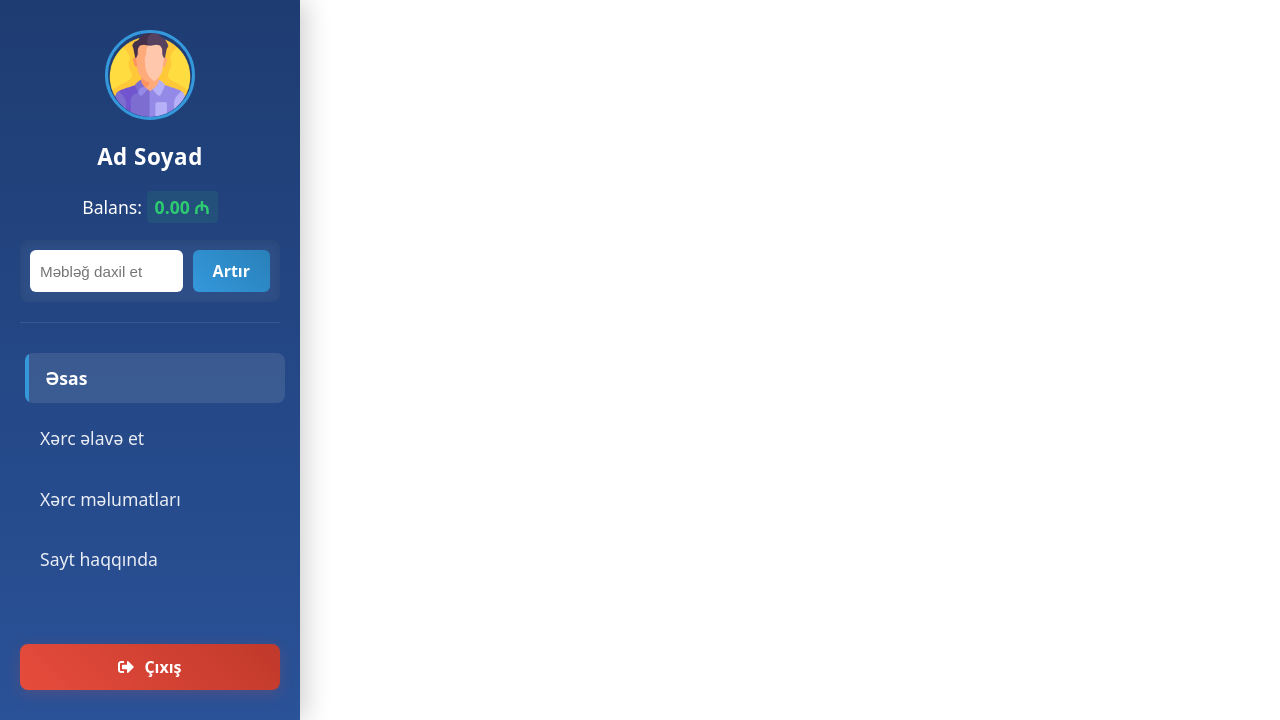
Repository: ferhadsultan98/financialmanagement
Page: /
The author's editor kept a copy of each file at every save. The page is drawn from the files as they stood at one save, then again after a run of saves.
The browser window is 1280 px wide. The pictures show the whole page.
The project was rebuilt for these pictures with package versions that can differ from the ones it lists, and the page was loaded fresh each time. Also part of the build but not shown: vite.config.js, src/Components/Sidebar/ProfileModal.jsx, src/Pages/AddExpense/AddExpense.jsx, src/Pages/ExpenseDetails/ExpenseDetails.jsx, src/Pages/About/About.jsx, src/Components/Login/Login.jsx.

Above is the page before, as saved 2025-03-24 01:44:16.

### index.html
<!doctype html>
<html lang="en">
  <head>
    <meta charset="UTF-8" />
<link rel="shortcut icon" href="favicon.ico" type="image/x-icon">
    <meta name="viewport" content="width=device-width, initial-scale=1.0" />
    <title>Expense</title>
  </head>
  <body>
    <div id="root"></div>
    <script type="module" src="/src/main.jsx"></script>
  </body>
</html>

### src/App.jsx
// src/App.jsx
import React from 'react';
import './App.scss';
import MainLayout from './Components/Layout/MainLayout';
import { RouterProvider } from 'react-router-dom';
import router from './Routes';


function App() {
  return (
    <div className="App">
      <RouterProvider router={router} />
    </div>
  );
}

export default App;

### src/Components/Layout/MainLayout.jsx
// src/components/Layout/MainLayout.jsx
import React from 'react';
import Sidebar from '../Sidebar/Sidebar';
import { Outlet } from 'react-router-dom';

const MainLayout = () => {
  return (
    <div className="layout">
      <Sidebar />
      <main className="main-content">
        <Outlet />
      </main>
    </div>
  );
};

export default MainLayout;

### src/Routes.jsx
// src/routes.jsx
import { createBrowserRouter } from "react-router-dom";
import MainLayout from "./Components/Layout/MainLayout";
import Home from "./Pages/Home/Home";
import AddExpense from "./Pages/AddExpense/AddExpense";
import ExpenseDetails from "./Pages/ExpenseDetails/ExpenseDetails";
import About from "./Pages/About/About";
import Login from "./Components/Login/Login";

const router = createBrowserRouter([
  {
    path: "/login",
    element: <Login />,
  },
  {
    element: <MainLayout />,
    children: [
      {
        path: "/",
        element: <Home />,
      },
      {
        path: "/add-expense",
        element: <AddExpense />,
      },
      {
        path: "/expense-details",
        element: <ExpenseDetails />,
      },
      {
        path: "/about",
        element: <About />,
      },
    ],
  },
]);

export default router;

### src/Components/Sidebar/Sidebar.jsx
// src/components/Sidebar/Sidebar.jsx
import React, { useState } from 'react';
import '../../Styles/Sidebar.scss';
import Navbar from './Navbar';
import ProfileModal from './ProfileModal';
import { FaBars, FaSignOutAlt } from 'react-icons/fa';
import { useNavigate } from 'react-router-dom';
import UserProfileIcon from '../../assets/user.png';

const Sidebar = () => {
  const [isOpen, setIsOpen] = useState(false);
  const [balance, setBalance] = useState(0);
  const [topUpAmount, setTopUpAmount] = useState('');
  const [isModalOpen, setIsModalOpen] = useState(false);
  const [userProfile, setUserProfile] = useState({
    firstName: 'Ad',
    lastName: 'Soyad',
    birthDate: '1990-01-01',
    gender: 'Kişi',
  });
  const navigate = useNavigate();

  const toggleSidebar = () => {
    setIsOpen(!isOpen);
  };

  const handleTopUp = () => {
    if (topUpAmount) {
      setBalance(prev => prev + parseFloat(topUpAmount));
      setTopUpAmount('');
    }
  };

  const handleLogout = () => {
    navigate('/login');
  };

  const handleProfileUpdate = (updatedProfile) => {
    setUserProfile(updatedProfile);
    setIsModalOpen(false);
  };

  return (
    <div className="sidebar-container">
      <button className="toggle-btn" onClick={toggleSidebar}>
        <FaBars />
      </button>

      <div className={`sidebar ${isOpen ? 'open' : ''}`}>
        <div className="sidebar-header">
          <div
            className="profile-img"
            onClick={() => setIsModalOpen(true)}
          >
            <img src={UserProfileIcon} alt="Profile" />
            <div className="profile-overlay">
              <span>Profilə bax</span>
            </div>
          </div>
          <h3>{`${userProfile.firstName} ${userProfile.lastName}`}</h3> {/* Dynamic name */}
          <div className="balance">
            Balans: <span>{balance.toFixed(2)} ₼</span>
          </div>

          <div className="top-up">
            <input
              type="number"
              placeholder="Məbləğ daxil et"
              value={topUpAmount}
              onChange={(e) => setTopUpAmount(e.target.value)}
            />
            <button onClick={handleTopUp}>
              Artır
            </button>
          </div>
        </div>

        <Navbar />

        <div className="sidebar-footer">
          <button
            className="logout-btn"
            onClick={handleLogout}
          >
            <FaSignOutAlt /> Çıxış
          </button>
        </div>
      </div>

      {isModalOpen && (
        <ProfileModal
          userProfile={userProfile}
          onSave={handleProfileUpdate}
          closeModal={() => setIsModalOpen(false)}
        />
      )}
    </div>
  );
};

export default Sidebar;

### src/Styles/Sidebar.scss
// src/components/Sidebar/Sidebar.scss
.sidebar-container {
    position: relative;


    .toggle-btn {
      position: fixed;
      top: 20px;
      left: 20px;
      z-index: 1001;
      background: linear-gradient(45deg, #1e3c72, #2a5298);
      color: white;
      border: none;
      padding: 12px;
      cursor: pointer;
      border-radius: 8px;
      box-shadow: 0 4px 15px rgba(0, 0, 0, 0.2);
      transition: all 0.3s ease;

      &:hover {
        transform: scale(1.1);
        box-shadow: 0 6px 20px rgba(0, 0, 0, 0.3);
      }

      @media (min-width: 769px) {
        display: none;
      }
    }

    .sidebar {
      width: 300px;
      height: 100vh;
      background: linear-gradient(180deg, #1e3c72 0%, #2a5298 100%);
      color: white;
      position: fixed;
      left: 0;
      top: 0;
      padding: 30px 20px;
      display: flex;
      flex-direction: column;
      box-shadow: 5px 0 25px rgba(0, 0, 0, 0.2);
      overflow: hidden;

      .sidebar-header {
        text-align: center;
        padding-bottom: 20px;
        border-bottom: 1px solid rgba(255, 255, 255, 0.1);

        .profile-img {
          width: 90px;
          height: 90px;
          margin: 0 auto 20px;
          position: relative;
          cursor: pointer;

          img {
            width: 100%;
            height: 100%;
            border-radius: 50%;
            object-fit: cover;
            border: 3px solid #3498db;
            transition: all 0.3s ease;
          }

          .profile-overlay {
            position: absolute;
            top: 0;
            left: 0;
            width: 100%;
            height: 100%;
            background: rgba(0, 0, 0, 0.6);
            border-radius: 50%;
            display: flex;
            align-items: center;
            justify-content: center;
            opacity: 0;
            transition: opacity 0.3s ease;

            span {
              font-size: 0.9rem;
              color: white;
            }
          }

          &:hover .profile-overlay {
            opacity: 1;
          }
        }

        h3 {
          margin: 15px 0;
          font-size: 1.4rem;
          font-weight: 600;
          letter-spacing: 0.5px;
        }

        .balance {
          margin: 20px 0;
          font-size: 1.1rem;

          span {
            font-weight: bold;
            color: #2ecc71;
            background: rgba(46, 204, 113, 0.1);
            padding: 4px 8px;
            border-radius: 4px;
          }
        }

        .top-up {
          display: flex;
          gap: 10px;
          background: rgba(255, 255, 255, 0.05);
          padding: 10px;
          border-radius: 8px;
          box-shadow: inset 0 2px 10px rgba(0, 0, 0, 0.1);

          input {
            padding: 10px;
            border-radius: 6px;
            border: none;
            width: 65%;
            background: #fff;
            color: #2c3e50;
            font-size: 0.95rem;
            transition: all 0.3s ease;

            &:focus {
              outline: none;
              box-shadow: 0 0 5px rgba(52, 152, 219, 0.5);
            }
          }

          button {
            padding: 10px 20px;
            background: linear-gradient(45deg, #3498db, #2980b9);
            border: none;
            border-radius: 6px;
            color: white;
            cursor: pointer;
            font-weight: 600;
            transition: all 0.3s ease;

            &:hover {
              background: linear-gradient(45deg, #2980b9, #3498db);
              box-shadow: 0 4px 15px rgba(52, 152, 219, 0.4);
            }
          }
        }
      }

      .sidebar-nav {
        flex-grow: 1;
        margin: 20px 0;

        ul {
          list-style: none;
          padding: 0;

          li {
            margin: 10px 0;

            a {
              color: rgba(255, 255, 255, 0.9);
              text-decoration: none;
              font-size: 1.1rem;
              display: block;
              padding: 12px 20px;
              border-radius: 8px;
              transition: all 0.3s ease;
              position: relative;
              overflow: hidden;

              &::before {
                content: '';
                position: absolute;
                left: 0;
                top: 0;
                width: 4px;
                height: 100%;
                background: #3498db;
                transform: translateX(-100%);
                transition: all 0.3s ease;
              }

              &:hover,
              &.active {
                background: rgba(255, 255, 255, 0.1);
                color: white;
                transform: translateX(5px);

                &::before {
                  transform: translateX(0);
                }
              }

              &.active {
                font-weight: 600;
              }
            }
          }
        }
      }

      .sidebar-footer {
        margin-top: auto;

        .logout-btn {
          width: 100%;
          padding: 12px;
          background: linear-gradient(45deg, #e74c3c, #c0392b);
          border: none;
          border-radius: 8px;
          color: white;
          cursor: pointer;
          font-weight: 600;
          display: flex;
          align-items: center;
          justify-content: center;
          gap: 10px;
          box-shadow: 0 4px 15px rgba(231, 76, 60, 0.2);
          transition: all 0.3s ease;

          &:hover {
            background: linear-gradient(45deg, #c0392b, #e74c3c);
            box-shadow: 0 6px 20px rgba(231, 76, 60, 0.4);
            transform: translateY(-2px);
          }
        }
      }
    }

    @media (max-width: 768px) {
      .sidebar {
        z-index: 1000;
      }
    }

    @media (min-width: 769px) {
      .sidebar {
        transform: translateX(0) !important; // Always visible on desktop
      }
    }
  }


.modal-overlay {
  position: fixed;
  top: 0;
  left: 0;
  width: 100%;
  height: 100%;
  background: rgba(0, 0, 0, 0.6);
  display: flex;
  align-items: center;
  justify-content: center;
  z-index: 2000;
}

.profile-modal {
  background: white;
  border-radius: 15px;
  padding: 30px;
  width: 100%;
  max-width: 400px;
  box-shadow: 0 10px 30px rgba(0, 0, 0, 0.2);
  text-align: center;

  h2 {
    color: #2c3e50;
    font-size: 1.8rem;
    margin-bottom: 20px;
    font-weight: 600;
  }

  .modal-content {
    .form-group {
      margin-bottom: 20px;
      text-align: left;

      label {
        display: block;
        margin-bottom: 5px;
        color: #2c3e50;
        font-weight: 500;
      }

      input,
      select {
        width: 100%;
        padding: 10px;
        border: 1px solid #ddd;
        border-radius: 6px;
        font-size: 1rem;
        color: #2c3e50;
        transition: all 0.3s ease;

        &:focus {
          outline: none;
          border-color: #3498db;
          box-shadow: 0 0 5px rgba(52, 152, 219, 0.3);
        }
      }
    }
  }

  .modal-actions {
    display: flex;
    gap: 10px;
    justify-content: center;
    margin-top: 20px;

    .save-btn {
      padding: 10px 20px;
      background: linear-gradient(45deg, #2ecc71, #27ae60);
      border: none;
      border-radius: 6px;
      color: white;
      font-weight: 600;
      cursor: pointer;
      box-shadow: 0 4px 15px rgba(46, 204, 113, 0.2);
      transition: all 0.3s ease;

      &:hover {
        background: linear-gradient(45deg, #27ae60, #2ecc71);
        box-shadow: 0 6px 20px rgba(46, 204, 113, 0.4);
      }
    }

    .close-btn {
      padding: 10px 20px;
      background: linear-gradient(45deg, #e74c3c, #c0392b);
      border: none;
      border-radius: 6px;
      color: white;
      font-weight: 600;
      cursor: pointer;
      box-shadow: 0 4px 15px rgba(231, 76, 60, 0.2);
      transition: all 0.3s ease;

      &:hover {
        background: linear-gradient(45deg, #c0392b, #e74c3c);
        box-shadow: 0 6px 20px rgba(231, 76, 60, 0.4);
      }
    }
  }

  @media (max-width: 480px) {
    padding: 20px;
    max-width: 90%;

    h2 {
      font-size: 1.5rem;
    }

    .form-group {
      input,
      select {
        font-size: 0.9rem;
      }
    }

    .modal-actions {
      flex-direction: column;
      gap: 10px;

      button {
        width: 100%;
      }
    }
  }
}

### src/Components/Sidebar/Navbar.jsx
// src/components/Sidebar/Navbar.jsx
import React from 'react';
import { NavLink } from 'react-router-dom';

const Navbar = () => {
  const navItems = [
    { path: '/', label: 'Əsas' },
    { path: '/add-expense', label: 'Xərc əlavə et' },
    { path: '/expense-details', label: 'Xərc məlumatları' },
    { path: '/about', label: 'Sayt haqqında' },
  ];

  return (
    <nav className="sidebar-nav">
      <ul>
        {navItems.map((item) => (
          <li key={item.path}>
            <NavLink to={item.path} end={item.path === '/'}>
              {item.label}
            </NavLink>
          </li>
        ))}
      </ul>
    </nav>
  );
};

export default Navbar;

### src/Styles/Login.scss
@import '../assets/Fonts/fonts.scss';

.login-container {
  height: 100vh;
  width: 100vw;
  background: linear-gradient(135deg, #1e3c72 0%, #2a5298 100%);
  display: flex;
  align-items: center;
  justify-content: center;
  margin: 0;
  padding: 0;
  overflow: hidden;
  font-family: $font-family-regular, sans-serif;
}

.login-wrapper {
  display: flex;
  width: 100%;
  height: 100%;
  background: white;
  border-radius: 0;
  overflow: hidden;
  box-shadow: none;
}

.login-left {
  flex: 1;
  background: linear-gradient(180deg, #3498db 0%, #2980b9 100%);
  color: white;
  padding: 40px;
  display: flex;
  flex-direction: column;
  justify-content: space-between;
  height: 100%;
  border-bottom-right-radius: 30px;
  border-top-right-radius: 30px;
  .dottieContainer{
    width: 100%;
  }
  h1 {
    font-size: 2.2rem;
    font-weight: 700;
    margin-bottom: 20px;
  }

  p {
    font-size: 1.1rem;
    line-height: 1.6;
    margin-bottom: 30px;
    opacity: 0.9;
  }

  ul {
    list-style: none;
    padding: 0;

    li {
      font-size: 1rem;
      margin: 15px 0;
      position: relative;
      padding-left: 25px;

      &:before {
        content: '✓';
        position: absolute;
        left: 0;
        color: #2ecc71;
        font-weight: bold;
      }
    }
  }

  .login-left-footer {
    font-size: 0.9rem;
    opacity: 0.8;
  }
}

.login-right {
  flex: 1;
  display: flex;
  align-items: center;
  justify-content: center;
  background: white;
  padding: 40px;
  height: 100%;

  .login-box {
    width: 100%;
    max-width: 400px;
    text-align: center;

    h2 {
      color: #2c3e50;
      font-size: 1.8rem;
      font-weight: 600;
      margin-bottom: 10px;
    }

    p {
      color: #7f8c8d;
      font-size: 1rem;
      margin-bottom: 30px;
    }

    .error-message {
      background: #e74c3c;
      color: white;
      padding: 10px;
      border-radius: 8px;
      margin-bottom: 20px;
      font-size: 0.9rem;
    }

    .success-message {
      background: #2ecc71;
      color: white;
      padding: 10px;
      border-radius: 8px;
      margin-bottom: 20px;
      font-size: 0.9rem;
    }

    .input-group {
      margin-bottom: 20px;

      input {
        width: 100%;
        padding: 12px 15px;
        border: 1px solid #ddd;
        border-radius: 8px;
        font-size: 1rem;
        color: #2c3e50;
        transition: all 0.3s ease;

        &:focus {
          outline: none;
          border-color: #3498db;
          box-shadow: 0 0 8px rgba(52, 152, 219, 0.3);
        }

        &::placeholder {
          color: #95a5a6;
        }
      }
    }

    .reset-password-form {
      margin-bottom: 20px;

      .input-group {
        margin-bottom: 15px;
      }

      .reset-btn {
        width: 100%;
        padding: 12px;
        background: linear-gradient(45deg, #2ecc71, #27ae60);
        border: none;
        border-radius: 8px;
        color: white;
        font-size: 1.1rem;
        font-weight: 600;
        cursor: pointer;
        box-shadow: 0 4px 15px rgba(46, 204, 113, 0.2);
        transition: all 0.3s ease;

        &:hover {
          background: linear-gradient(45deg, #27ae60, #2ecc71);
          box-shadow: 0 6px 20px rgba(46, 204, 113, 0.4);
        }
      }
    }

    .login-options {
      display: flex;
      justify-content: space-between;
      align-items: center;
      margin-bottom: 20px;

      .keep-logged-in {
        display: flex;
        align-items: center;
        color: #2c3e50;
        font-size: 0.9rem;

        input {
          margin-right: 8px;
          cursor: pointer;
        }
      }

      .forgot-password {
        color: #3498db;
        font-size: 0.9rem;
        text-decoration: none;

        &:hover {
          text-decoration: underline;
          color: #2980b9;
        }
      }
    }

    button {
      width: 100%;
      padding: 12px;
      background: linear-gradient(45deg, #3498db, #2980b9);
      border: none;
      border-radius: 8px;
      color: white;
      font-size: 1.1rem;
      font-weight: 600;
      cursor: pointer;
      box-shadow: 0 4px 15px rgba(52, 152, 219, 0.2);
      transition: all 0.3s ease;

      &:hover {
        background: linear-gradient(45deg, #2980b9, #3498db);
        box-shadow: 0 6px 20px rgba(52, 152, 219, 0.4);
      }
    }

    .login-info {
      margin-top: 20px;
      color: #7f8c8d;
      font-size: 0.9rem;

      p {
        margin: 5px 0;
      }

      strong {
        color: #2c3e50;
      }
    }
  }
}

@media (max-width: 768px) {
  .login-wrapper {
    flex-direction: column;
    height: 100%;
  }


  .login-right {
    flex: none;
    width: 100%;
    padding: 0px;
    height: auto;
    justify-content: center;
    height: 100%;
  }

  .login-left {
    display: none;
  }

  .login-right {
    .login-box {
      h2 {
        font-size: 1.5rem;
      }

      p {
        font-size: 0.9rem;
      }

      button {
        font-size: 1rem;
      }
    }
  }
}

@media (max-width: 480px) {

  .login-right {
    padding: 20px;
  }
}

### src/assets/Fonts/fonts.scss
@font-face {
  font-family: 'Quicksand-Light';
  src: url('../assets/fonts/Quicksand-Light.ttf') format('truetype');
  font-weight: normal;
  font-style: normal;
}

@font-face {
  font-family: 'Quicksand-Regular';
  src: url('../assets/fonts/Quicksand-Regular.ttf') format('truetype');
  font-weight: normal;
  font-style: normal;
}

@font-face {
  font-family: 'Quicksand-Medium';
  src: url('../assets/fonts/Quicksand-Medium.ttf') format('truetype');
  font-weight: normal;
  font-style: normal;
}

@font-face {
  font-family: 'Quicksand-SemiBold';
  src: url('../assets/fonts/Quicksand-SemiBold.ttf') format('truetype');
  font-weight: normal;
  font-style: normal;
}

@font-face {
  font-family: 'Quicksand-Bold';
  src: url('../assets/fonts/Quicksand-Bold.ttf') format('truetype');
  font-weight: normal;
  font-style: normal;
}

// SCSS değişkenleri burada kullanılabilir
$font-family-light: 'Quicksand-Light';
$font-family-regular: 'Quicksand-Regular';
$font-family-medium: 'Quicksand-Medium';
$font-family-semibold: 'Quicksand-SemiBold';
$font-family-bold: 'Quicksand-Bold';

Loaded but not shown: src/main.jsx (common file); src/index.css (common file); src/App.scss (common file); src/Pages/Home/Home.jsx (common file)

After the next 3 saves:
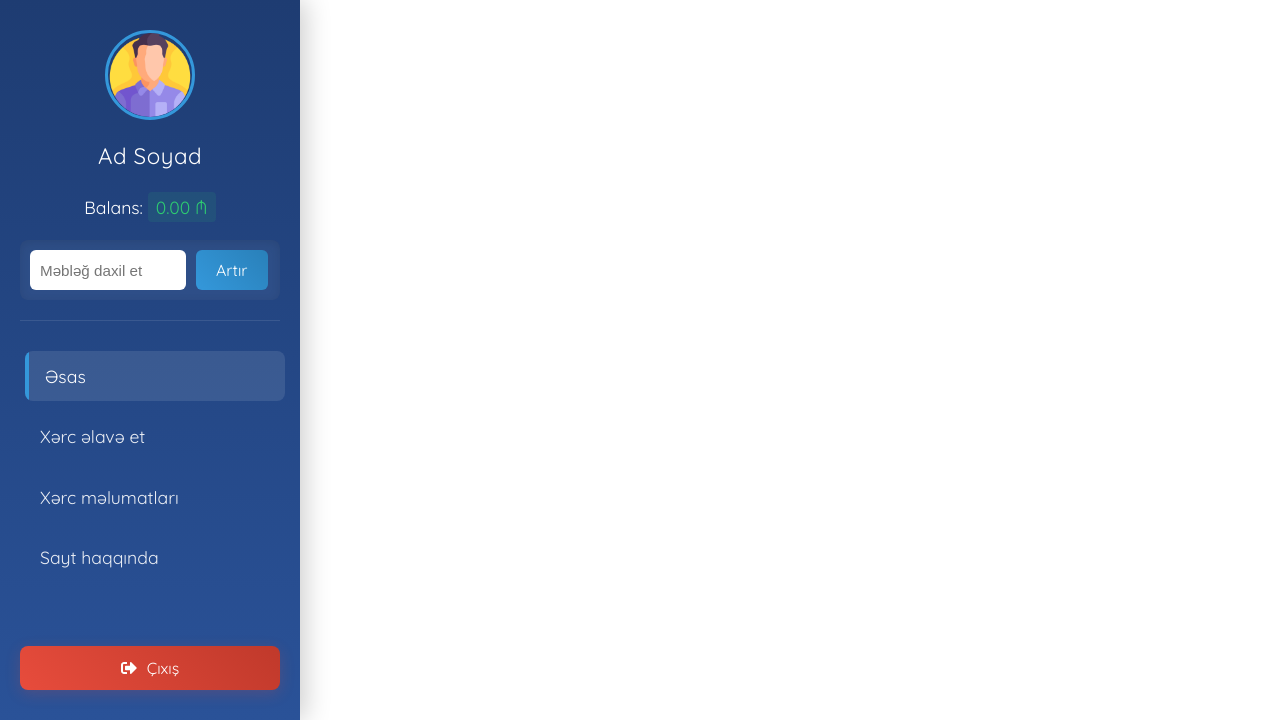
The 3 saves are shown as one change because they came seconds apart.
The last was saved 27 s later.
--- a/src/Styles/Sidebar.scss
+++ b/src/Styles/Sidebar.scss
@@ -1,7 +1,8 @@
-// src/components/Sidebar/Sidebar.scss
+@import '../assets/Fonts/fonts.scss';
+
 .sidebar-container {
     position: relative;
-
+    font-family: $font-family-regular, sans-serif;
 
     .toggle-btn {
       position: fixed;
